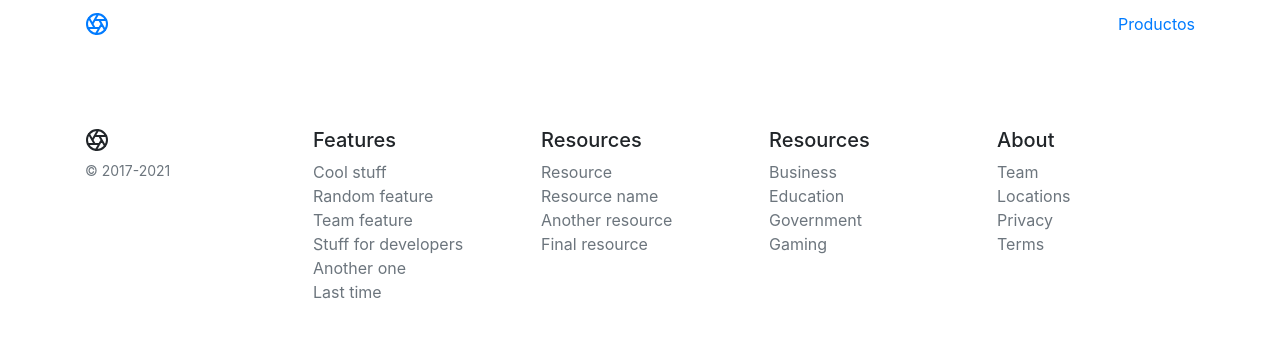
Repository: mapp1990/pasarela
Page: http://localhost/producto
The author's editor kept a copy of each file at every save. The page is drawn from the files as they stood at one save, then again after the next save.
The browser window is 1280 px wide. The pictures show the whole page.
The page is served by the project's Laravel application, run on PHP 8.4 with Laravel 9. Queries for data that is not in the repository find no rows.

Above is the page before, as saved 2022-05-27 20:22:09.

After the next save:
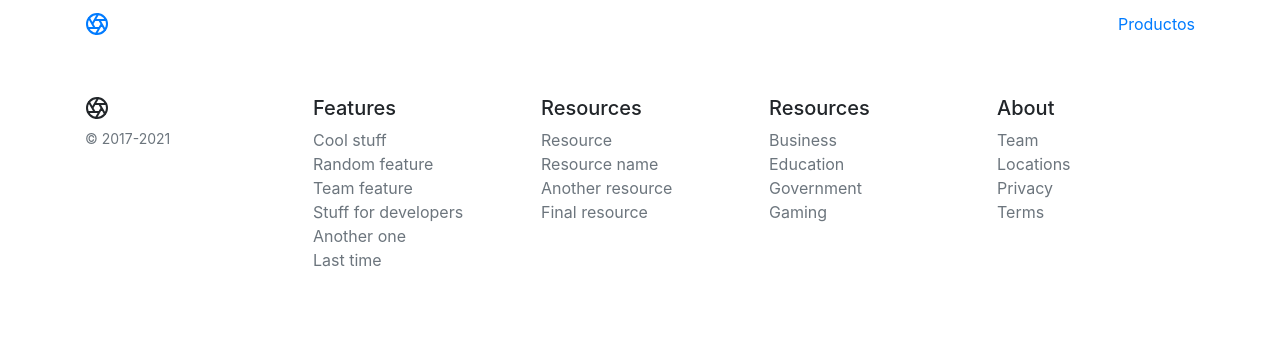
Saved 110 s later.
--- a/resources/views/productos.blade.php
+++ b/resources/views/productos.blade.php
@@ -2,7 +2,7 @@
 
 @section('content')
 
-    <div class="d-md-flex flex-md-equal w-100 my-md-3 pl-md-3">
+    <div class="col-12">
         @foreach($products as $producto)
             <div class="bg-dark col-6 text-center text-white overflow-hidden">
                 <div class="my-6 py-6" style="margin-top: 22px">
